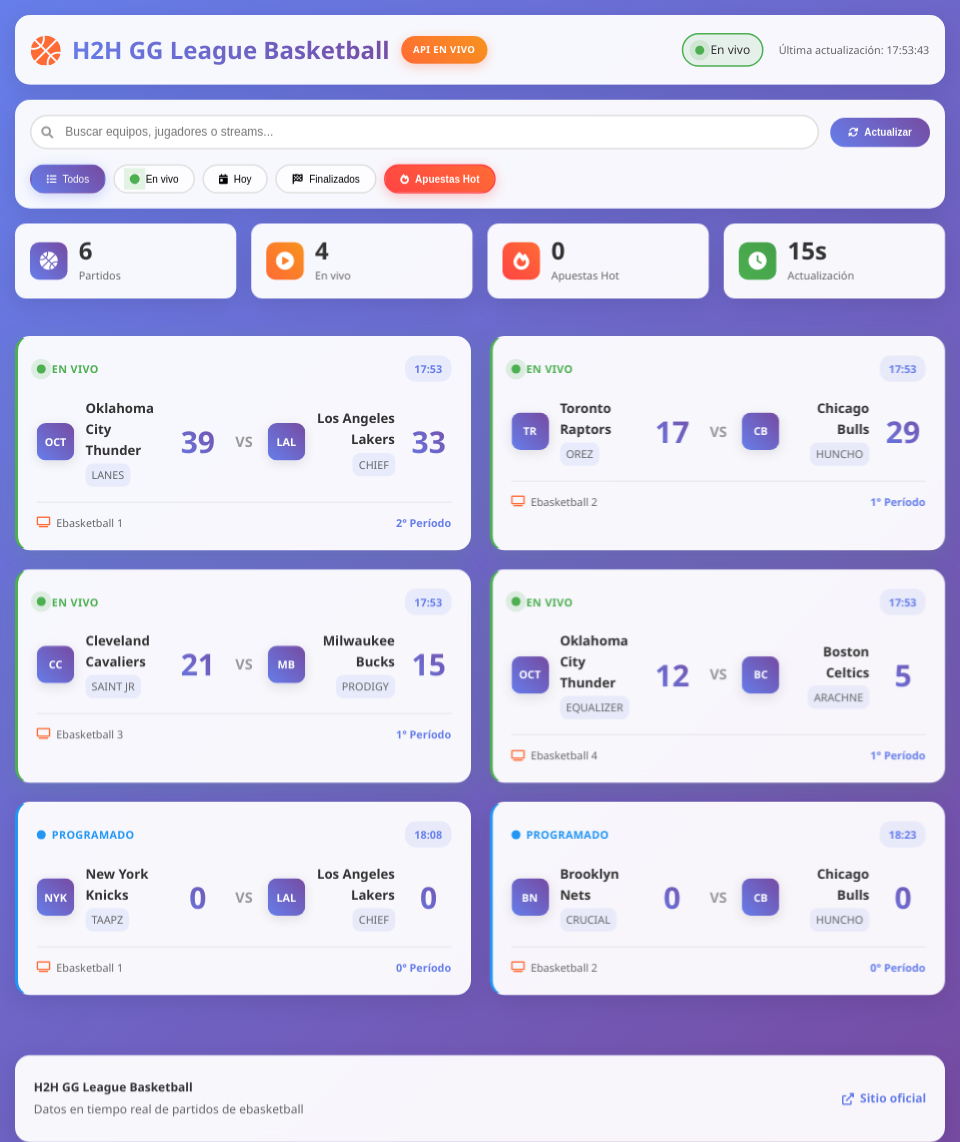
Repository: Diego-Orasystem/AnalisisApuestas
Page: index.html
The author's editor kept a copy of each file at every save. The page is drawn from the files as they stood at one save, then again after the next save.
The browser window is 1280 px wide. The pictures show the whole page, at 75% of full size.
The page's requests for data from a server got no answer.

Above is the page before, as saved 2025-07-06 18:52:43.

After the next save:
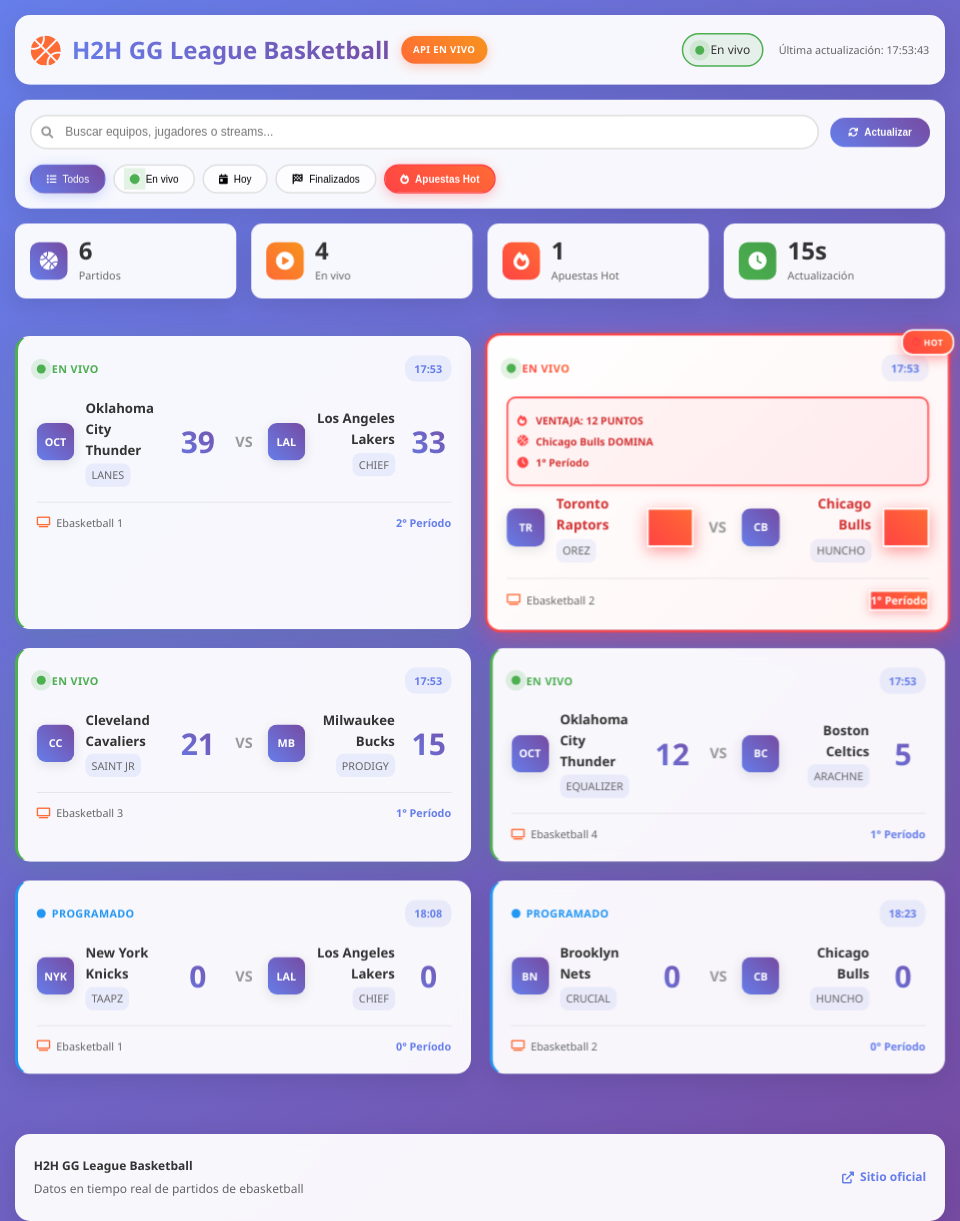
Saved 20 min 0 s later.
--- a/script.js
+++ b/script.js
@@ -320,15 +320,7 @@
     // Debe estar en vivo
     if (game.status !== 'live') return false;
 
-    // Calcular el período actual
-    const totalScore = scoreA + scoreB;
-    const avgPointsPerPeriod = 25;
-    const currentPeriod = Math.ceil(totalScore / (avgPointsPerPeriod * 2));
-
-    // Debe estar en el 2do cuarto en adelante
-    if (currentPeriod < API_CONFIG.BETTING_CONFIG.MIN_PERIOD) return false;
-
-    // Debe tener una diferencia de 10 o más puntos
+    // Solo necesita cumplir con la diferencia de puntos (cualquier período)
     if (scoreDiff < API_CONFIG.BETTING_CONFIG.MIN_SCORE_DIFF) return false;
 
     return true;
